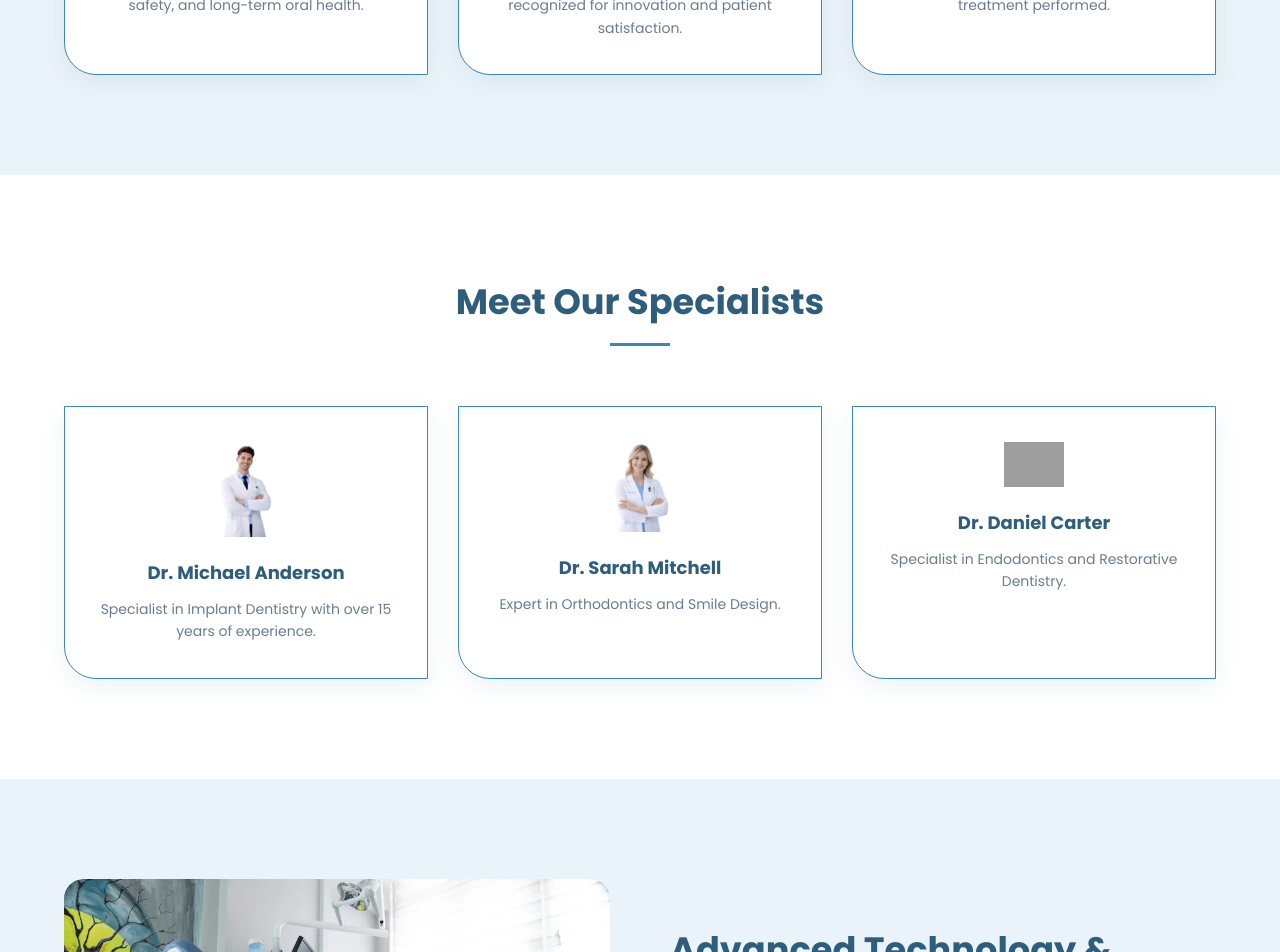
Repository: davidfsillva/OdontoPrime
Page: about.html
The author's editor kept a copy of each file at every save. The page is drawn from the files as they stood at one save, then again after the next save.
The browser window is 1280 px wide. The pictures show the part of the page from y = 1405 to 2357 px (the page is 3310 px tall).
Pictures or frames that could not be fetched are drawn as grey boxes. A picture or video elsewhere on the page could not be fetched, so the positions and the page height are approximate.

Above is the page before, as saved 2026-02-16 22:50:43.

### about.html
<!DOCTYPE html>
<html lang="en">
<head>
<meta charset="UTF-8">
<meta name="viewport" content="width=device-width, initial-scale=1.0">
<title>About - OdontoPrime Excellence</title>

<link rel="stylesheet" href="style.css">
<link href="https://fonts.googleapis.com/css2?family=Poppins:wght@300;400;600;700&display=swap" rel="stylesheet">
</head>


<body>

<!-- HEADER -->
<header>
    <div class="container nav-container">
        <div class="logo">OdontoPrime</div>

        <nav id="nav">
            <a href="index.html">Home</a>
            <a href="about.html" class="active">About</a>
            <a href="services.html">Services</a>
            <a href="contact.html">Contact</a>
        </nav>

        <div class="menu-toggle" onclick="toggleMenu()">☰</div>
    </div>
</header>

<!-- HERO ABOUT -->
<section class="hero hero-about">
    <div class="container hero-content">
        <div class="hero-text">
            <h1>About OdontoPrime Excellence</h1>
            <p>
                Dedicated to delivering advanced dental care with precision,
                innovation, and a patient-centered approach.
            </p>
        </div>
    </div>
</section>

<!-- OUR STORY -->
<section class="about-preview">
    <div class="container about-grid">
        <div class="about-text">
            <h2>Our Story</h2>
            <p>
                Founded over a decade ago, OdontoPrime Excellence was created with a clear mission:
                to redefine modern dentistry through innovation, comfort, and excellence.
                Our clinic combines advanced technology with a humanized approach,
                ensuring each patient receives personalized and comprehensive care.
            </p>

            <p>
                Over the years, we have built a reputation for delivering long-lasting results,
                aesthetic precision, and preventive solutions that promote complete oral health.
            </p>
        </div>

        <div class="about-image">
            <img src="img/clinic-interior.webp" alt="Dental clinic interior">
        </div>
    </div>
</section>

<!-- MISSION VISION VALUES -->
<section class="departments">
    <div class="container">
        <h2>Our Principles</h2>

        <div class="dept-grid">

            <div class="card">
                <h3>Our Mission</h3>
                <p>
                    To provide exceptional dental care using modern techniques,
                    ensuring comfort, safety, and long-term oral health.
                </p>
            </div>

            <div class="card">
                <h3>Our Vision</h3>
                <p>
                    To become a reference in advanced aesthetic and restorative dentistry,
                    recognized for innovation and patient satisfaction.
                </p>
            </div>

            <div class="card">
                <h3>Our Values</h3>
                <p>
                    Ethics, transparency, precision, empathy, and commitment
                    to excellence in every treatment performed.
                </p>
            </div>

        </div>
    </div>
</section>

<!-- OUR TEAM -->
<section class="why-us">
    <div class="container">
        <h2>Meet Our Specialists</h2>

        <div class="dept-grid">

            <div class="card">
                <img src="img/dr - Copia.png" alt="Lead dentist">
                <h3>Dr. Michael Anderson</h3>
                <p>Specialist in Implant Dentistry with over 15 years of experience.</p>
            </div>

            <div class="card">
                <img src="img/sara.png" alt="Orthodontist">
                <h3>Dr. Sarah Mitchell</h3>
                <p>Expert in Orthodontics and Smile Design.</p>
            </div>

            <div class="card">
                <img src="img/dentist3.webp" alt="Endodontist">
                <h3>Dr. Daniel Carter</h3>
                <p>Specialist in Endodontics and Restorative Dentistry.</p>
            </div>

        </div>
    </div>
</section>

<!-- WHY CHOOSE US EXTENDED -->
<section class="about-preview">
    <div class="container about-grid">

        <div class="about-image">
            <img src="img/photo.webp" alt="Dental technology">
        </div>

        <div class="about-text">
            <h2>Advanced Technology & Comfort</h2>
            <p>
                We invest in state-of-the-art dental equipment to provide
                minimally invasive treatments, faster recovery, and superior accuracy.
            </p>

            <p>
                Our clinic environment is designed to reduce anxiety and ensure
                maximum comfort from the first consultation to the final result.
            </p>
        </div>

    </div>
</section>

<!-- CALL TO ACTION -->
<section class="departments">
    <div class="container" style="text-align:center;">
        <h2>Ready to Transform Your Smile?</h2>
        <p style="max-width:600px; margin:20px auto; color:var(--text-medium);">
            Schedule your consultation today and discover a new standard of dental excellence.
        </p>

        <a href="contact.html" class="btn-view">Book Your Consultation</a>
    </div>
</section>

<!-- FOOTER -->
<footer>
    <p>© 2026 OdontoPrime - All Rights Reserved</p>
</footer>


<!-- BOTÃO VOLTAR AO TOPO -->
<a href="#" class="back-to-top" id="backToTop">↑</a>

<script src="script.js"></script>


</body>
</html>

### style.css
:root{

    --primary-blue: #2F5D7C;
    --secondary-blue: #4F7FA3;
    --accent-blue: #3A86B9;

    --bg-light: #EAF3F9;
    --white: #FFFFFF;
    --off-white: #E6EEF5;

    --text-dark: #2E3A46;
    --text-medium: #6B7C8F;

    --hero-gradient-start: rgba(47, 93, 124, 0.95);
    --hero-gradient-end: rgba(79, 127, 163, 0.85);

    --shadow-soft: 0 5px 20px rgba(47, 93, 124, 0.08);
}

*{
    margin:0;
    padding:0;
    box-sizing:border-box;
    font-family:'Poppins', sans-serif;
}

body{
    background:var(--bg-light);
    color:var(--text-dark);
}

.container{
    width:90%;
    max-width:1200px;
    margin:auto;
}

/* HEADER */

nav{
    display:flex;
    align-items:center;
}

header{
    position:absolute;
    width:100%;
    padding:25px 0;
    z-index:1000;
    background:transparent;
}

.nav-container{
    display:flex;
    justify-content:space-between;
    align-items:center;
}

.logo{
    font-weight:700;
    font-size:1.9rem;
    color:var(--white);
    text-shadow: 0 3px 8px rgba(0, 0, 0, 0.5);
}

nav a{
    margin-left:25px;
    text-decoration:none;
    color:var(--white);
    font-weight:500;
    transition:0.3s;
}

nav a:hover{
    color:var(--accent-blue);
}

.menu-toggle{
    display:none;
    font-size:24px;
    cursor:pointer;
    color:var(--white);
}

nav a.active{
    color: var(--accent-blue);
    font-weight: 600;
    position: relative;
}

/* HERO */

.hero{
    min-height:100vh;
    display:flex;
    align-items:center;
    background:
    linear-gradient(to right,
    rgba(79, 127, 163, 0.438),
    rgba(58, 134, 185, 0.048)),
    url('img/hero.webp') center/cover no-repeat;
    color:var(--white);
    padding:0 0;
    position:relative;
}

.hero-content{
    width:100%;
}

.hero-text{
    max-width:600px;
}

.hero h1{
    font-size:2.8rem;
    margin-bottom:20px;
    font-weight:700;
    line-height:1.2;
    text-shadow: 0 3px 8px rgba(0, 0, 0, 0.5);
}

.hero p{
    margin-bottom:25px;
    max-width:500px;
    font-size:16px;
    line-height:1.6;
    color:var(--white);
    text-shadow: 0 3px 8px rgba(0, 0, 0, 0.5);
}

.hero-about{
    background: var(--primary-blue);
    min-height: 60vh;
}


/* HERO STATS */

.hero-stats{
    position:absolute;
    bottom:0px;
    left:60%;
    transform:translateX(-50%);
    width:90%;
    max-width:1100px;
    display:grid;
    grid-template-columns:repeat(auto-fit, minmax(180px,1fr));
    gap:20px;
    padding:25px 40px;
    background:rgba(255,255,255,0.15);
    backdrop-filter:blur(15px);
    -webkit-backdrop-filter:blur(15px);
    border-radius:20px 0px 0px 0px;
    border:1px solid rgba(255,255,255,0.2);
}

.stat-item{
    text-align:center;
    color:var(--white);
}

.stat-item h2{
    font-size:2rem;
    font-weight:700;
}

.stat-item p{
    font-size:0.9rem;
    opacity:0.9;
}

/* BUTTONS */

.btn{
    padding:14px 30px;
    background:var(--white);
    border:none;
    color:var(--primary-blue);
    font-weight:600;
    border-radius:30px;
    cursor:pointer;
    transition:0.3s;
}

.btn:hover{
    background:var(--accent-blue);
    color:var(--white);
    transform:translateY(-3px);
}

.btn-view {
    padding:14px 30px;
    background:var(--accent-blue);
    border:none;
    color:var(--white);
    font-weight:600;
    border-radius:30px;
    cursor:pointer;
    transition:0.3s;
    text-decoration: none;
    text-align: center;
    display: block;
    width: fit-content;
    margin:40px auto 0;
}

.btn-view:hover {
    transform: translateY(-5px);
    box-shadow: 0 15px 30px rgba(0,0,0,0.2);
}

/* ABOUT */
.about-image{
    position:relative;
    overflow:hidden;
}


.about-preview{
    padding:100px 0;
}

.about-grid{
    display:grid;
    grid-template-columns:1fr 1fr;
    gap:60px;
    align-items:center;
}

.about-text h2{
    font-size:2.2rem;
    color:var(--primary-blue);
    margin-bottom:20px;
    position:relative;
}

.about-text h2::after{
    content:"";
    width:60px;
    height:3px;
    background:var(--accent-blue);
    display:block;
    margin-top:10px;
}

.about-text p{
    font-size:16px;
    line-height:1.8;
    color:var(--text-medium);
}

.about-grid img:not(.lead-dentist){
    width:100%;
    border-radius:20px;
}

.lead-dentist {
    border-radius: 30px; /* cantos arredondados */
    width: 60%;
    height: auto;
    margin: 0 auto;
    box-shadow: 0 8px 20px rgba(0,0,0,0.2); /* opcional: sombra suave */
    display: flex;
    justify-content: center; /* centraliza horizontalmente */
    align-items: center;     /* centraliza verticalmente se tiver altura */
}

/* DEPARTMENTS */

.departments{
    padding:100px 0;
}

.departments h2{
    text-align:center;
    font-size:2.2rem;
    color:var(--primary-blue);
    margin-bottom:60px;
    position:relative;
}

.departments h2::after{
    content:"";
    width:60px;
    height:3px;
    background:var(--accent-blue);
    display:block;
    margin:15px auto 0;
}

.dept-grid{
    display:grid;
    grid-template-columns: repeat(auto-fit, minmax(280px, 1fr));
    gap:30px;
}


.card {
    background:var(--white);
    padding:35px 25px;
    text-align:center;
    border-radius:18px;
    box-shadow:0 8px 25px rgba(47,93,124,0.08);
    transition:0.3s ease;


    border-radius: 0 0 0 32px;
    border:1px solid #3A86B9;

}

.why-card{
    border: none;
}


.card:hover{
    transform:translateY(-6px);
    box-shadow:0 15px 35px rgba(47,93,124,0.15);
}

.card img{
    width:60px;
    margin-bottom:15px;
}

.card h3{
    font-size:18px;
    margin-bottom:12px;
    color:var(--primary-blue);
}

.card p{
    font-size:14px;
    line-height:1.6;
    color:var(--text-medium);
}

/* WHY SECTION FULL IMAGE CARDS */

.why-card {
    position: relative;
    overflow: hidden;
    padding: 0;
    height: 350px;
    border-radius: 20px;
}

.why-card img {
    width: 100%;
    height: 100%;
    object-fit: cover;
    display: block;
}

.why-card .card-content {
    position: absolute;
    bottom: 0;
    width: 100%;
    padding: 25px;
    background: linear-gradient(
        to top,
        rgba(0,0,0,0.75),
        rgba(0,0,0,0.2)
    );
    color: var(--white);
}

.why-card h3 {
    margin-bottom: 8px;
    color: var(--white);
}

.why-card p {
    color: rgba(255,255,255,0.9);
    font-size: 14px;
}


/* WHY US */

.why-us{
    padding:100px 0;
    background:var(--white);
}

.why-us h2{
    text-align:center;
    font-size:2.2rem;
    margin-bottom:60px;
    color:var(--primary-blue);
    position:relative;
}

.why-us h2::after{
    content:"";
    width:60px;
    height:3px;
    background:var(--accent-blue);
    display:block;
    margin:15px auto 0;
}

.contact-grid{
    display:grid;
    grid-template-columns:1fr 1fr;
    gap:60px;
    align-items:start;
}

/* BOTÃO VOLTAR AO TOPO */
.back-to-top {
    position: fixed;       /* fixa na tela */
    bottom: 30px;          /* distância do rodapé */
    right: 30px;           /* distância da borda direita */
    background: var(--accent-blue);
    color: var(--white);
    padding: 12px 18px;
    border-radius: 50px;   /* deixa arredondado */
    text-decoration: none;
    font-weight: 600;
    font-size: 12px;
    box-shadow: 0 8px 20px rgba(0,0,0,0.2);
    transition: 0.3s;
    opacity: 0;            /* inicialmente invisível */
    pointer-events: none;  /* não clicável até aparecer */
    z-index: 1000;
}

.back-to-top:hover {
    background: var(--off-white);
    transform: translateY(-3px);
    color: black;
}

/* quando visível */
.back-to-top.show {
    opacity: 1;
    pointer-events: auto;
}



/* FOOTER */

footer{
    background:var(--primary-blue);
    color:var(--white);
    text-align:center;
    padding:30px;
    font-size:14px;
}

/* RESPONSIVE */

/* =========================
   RESPONSIVE
========================= */
@media (max-width: 768px) {

    /* NAVIGATION */
    nav {
        position: absolute;
        top: 80px;
        right: 0;
        background: var(--white);
        flex-direction: column;
        width: 200px;
        display: none;
        box-shadow: var(--shadow-soft);
    }

    nav a {
        padding: 15px;
        margin: 0;
        border-bottom: 1px solid var(--off-white);
        color: var(--text-dark);
    }

    nav.active {
        display: flex;
    }

    .menu-toggle {
        display: block;
    }

        /* HERO INTERNO (about, services, contact) */
    .hero-about,
    .hero-services,
    .hero-contact {
        min-height: 45vh;
        display: flex;
        align-items: center;
        justify-content: center;
        text-align: center;
        padding: 100px 20px 40px;
    }

    .hero-about h1,
    .hero-services h1,
    .hero-contact h1 {
        font-size: 1.6rem;
    }

    .hero-about p,
    .hero-services p,
    .hero-contact p {
        font-size: 0.95rem;
        max-width: 100%;
        margin: 0 auto;
    }

    /* ABOUT GRID */
    .about-grid {
        grid-template-columns: 1fr;
        gap: 30px;
        text-align: center;
    }

    .about-text h2 {
        font-size: 1.6rem;
    }

    /* DEPARTMENTS / SERVICES GRID */
    .dept-grid {
        grid-template-columns: 1fr;
        gap: 20px;
    }

    .card {
        padding: 25px 20px;
    }

    /* WHY SECTION */
    .why-us {
        padding: 70px 0;
    }

    .why-card {
        height: 280px;
    }

    /* CONTACT PAGE (caso tenha form grid) */
    .contact-grid {
        grid-template-columns: 1fr;
        gap: 30px;
    }

    .contact-form input,
    .contact-form textarea {
        width: 100%;
    }

    .hero {
        flex-direction: column;
        justify-content: center;
        align-items: center;
        text-align: center;
        padding: 20px 20px 0;
        background:
            linear-gradient(to top,
            rgba(47, 93, 124, 0.048),
            rgba(47, 93, 124, 0.2)),
            url('img/hero-mobile.webp') center/cover no-repeat;
    }



    .hero h1 {
        font-size: 1.8rem;
    }

    .hero p {
        max-width: 100%;
    }

        .hero-stats {
        left: 50%;
        transform: translateX(-50%);
        width: 95%;
        max-width: 100%;
        border-radius: 20px 20px 0 0;
        padding: 10px 12px 10px;
        gap: 1px;
        grid-template-columns: repeat(2, 1fr);
    }

    .stat-item h2 {
        font-size: 1.4rem;
    }

    .stat-item p {
        font-size: 0.75rem;
    }



}

### script.js
// TOGGLE MENU MOBILE
function toggleMenu() {
    document.getElementById("nav").classList.toggle("active");
}

// BOTÃO VOLTAR AO TOPO
const backToTopButton = document.getElementById('backToTop');

// Mostrar o botão quando a página for rolada 300px ou mais
window.addEventListener('scroll', () => {
    if (window.scrollY > 300) {
        backToTopButton.classList.add('show');
    } else {
        backToTopButton.classList.remove('show');
    }
});

// Rolar suavemente até o topo ao clicar
backToTopButton.addEventListener('click', (e) => {
    e.preventDefault();
    window.scrollTo({ top: 0, behavior: 'smooth' });
});

After the next save:
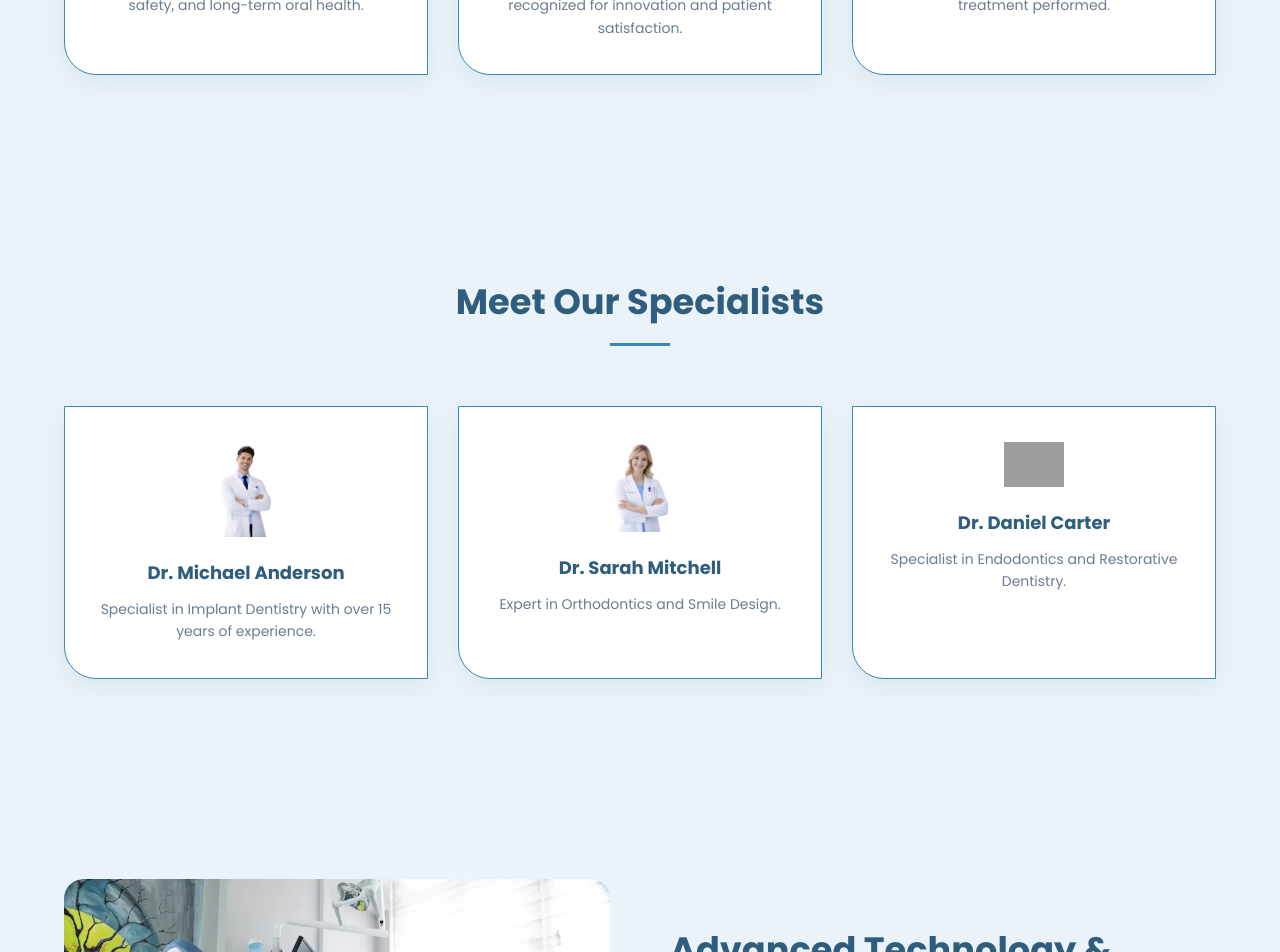
Saved 3 min 55 s later.
--- a/about.html
+++ b/about.html
@@ -101,7 +101,7 @@
 </section>
 
 <!-- OUR TEAM -->
-<section class="why-us">
+<section class="departments about-cards">
     <div class="container">
         <h2>Meet Our Specialists</h2>
 
